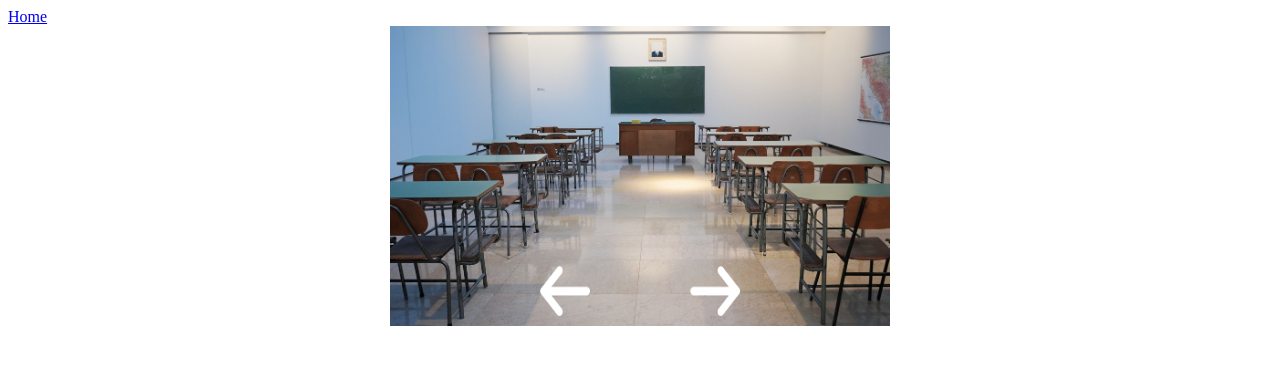
Repository: jjennbui/class8
Page: /carouselPage
These files come from the project's save history. The page is drawn as it stood at one moment and after a run of saves; the edit follows.
The browser window is 1280 px wide. The pictures show the whole page.
The project was rebuilt for these pictures with package versions that can differ from the ones it lists, and the page was loaded fresh each time. The framework's server and built-in components were replaced by stand-ins that run in the browser. Also part of the build but not shown: next.config.js.

Above is the page before, as saved 2023-02-20 18:27:05.

After the next 2 saves:
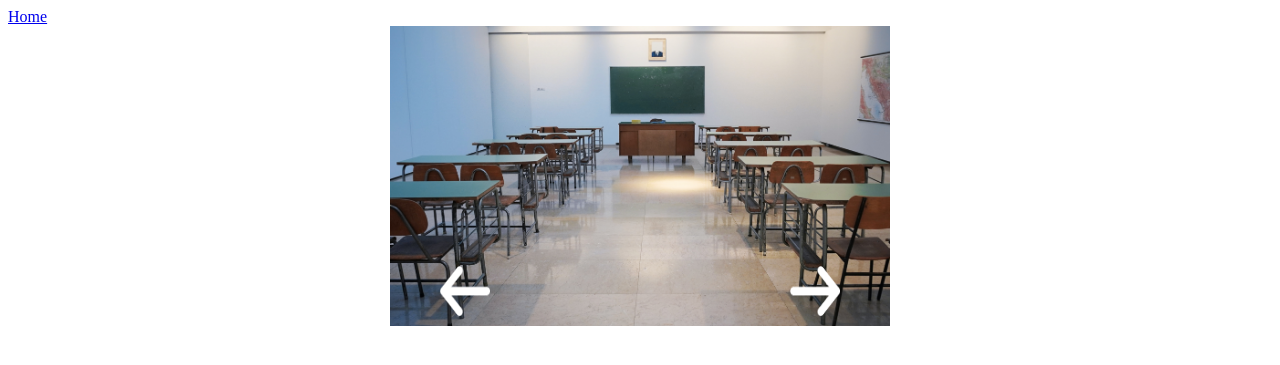
The 2 saves are shown as one change because they came seconds apart.
The last was saved 6 s later.
--- a/components/carousel/carousel.module.css
+++ b/components/carousel/carousel.module.css
@@ -3,7 +3,7 @@
     justify-content: center;
     position: relative;
     top: 240px;
-    gap: 100px;
+    gap: 300px;
 
 }
 
